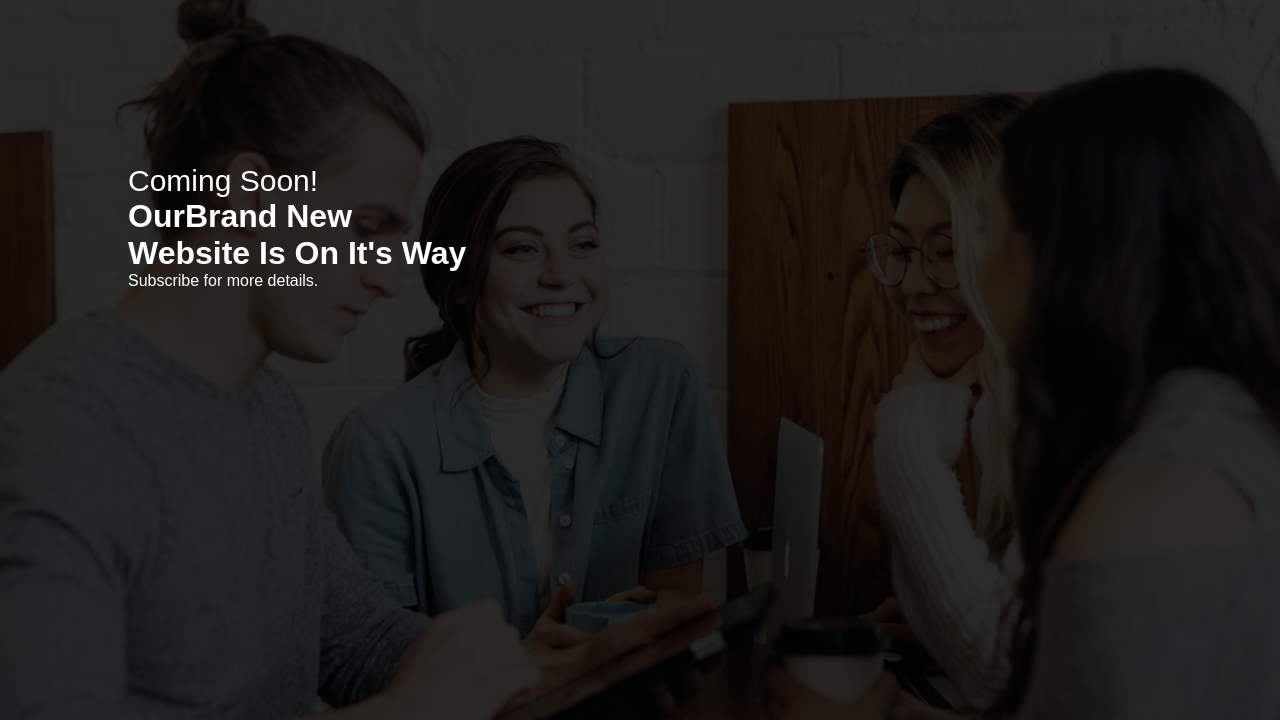
Repository: AbdullahOwais-Dev/Email-Subscription
Page: index.html
These files come from the project's save history. The page is drawn as it stood at one moment and after a run of saves; the edit follows.
The browser window is 1280 px wide. The pictures show the whole page.

Above is the page before, as saved 2025-02-07 23:36:00.

After the next 4 saves:
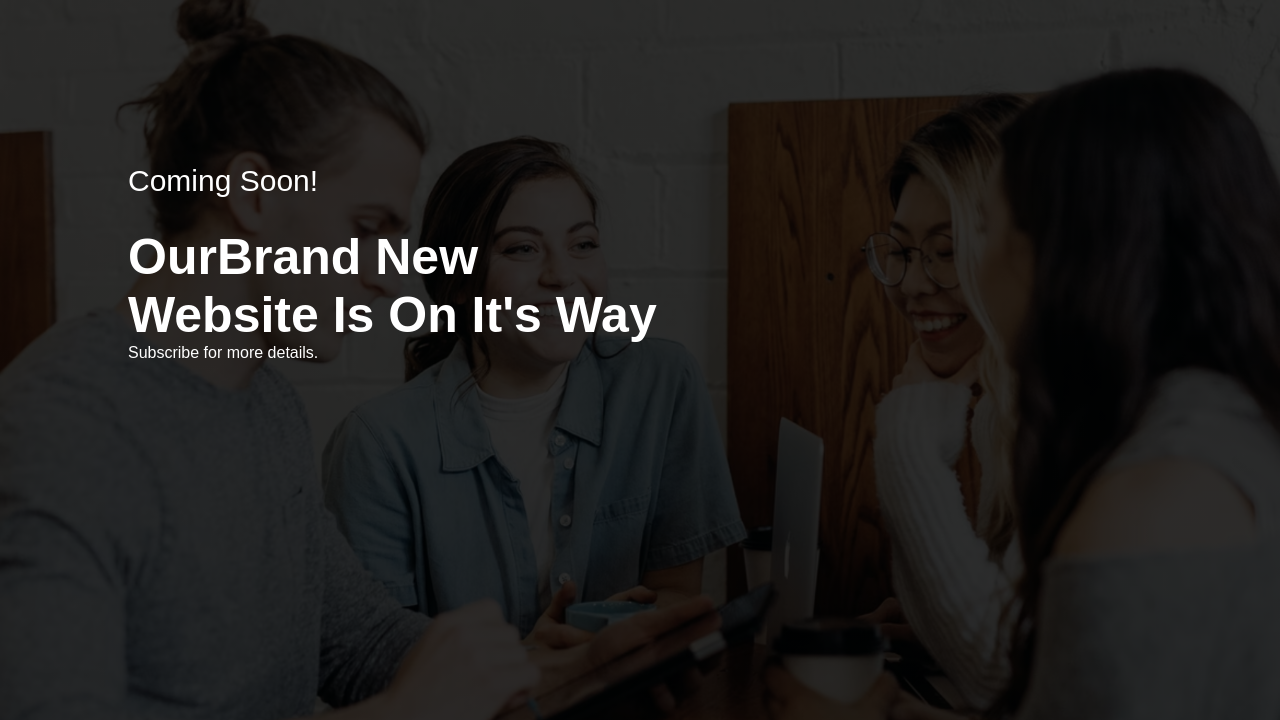
The 4 saves are shown as one change because they came seconds apart.
The last was saved 10 s later.
--- a/style.css
+++ b/style.css
@@ -19,5 +19,6 @@
     font-size: 30px;
 }
 .hero h1{
-    margin-top: ;
+    margin-top: 30px;
+    font-size: 50px;
 }
